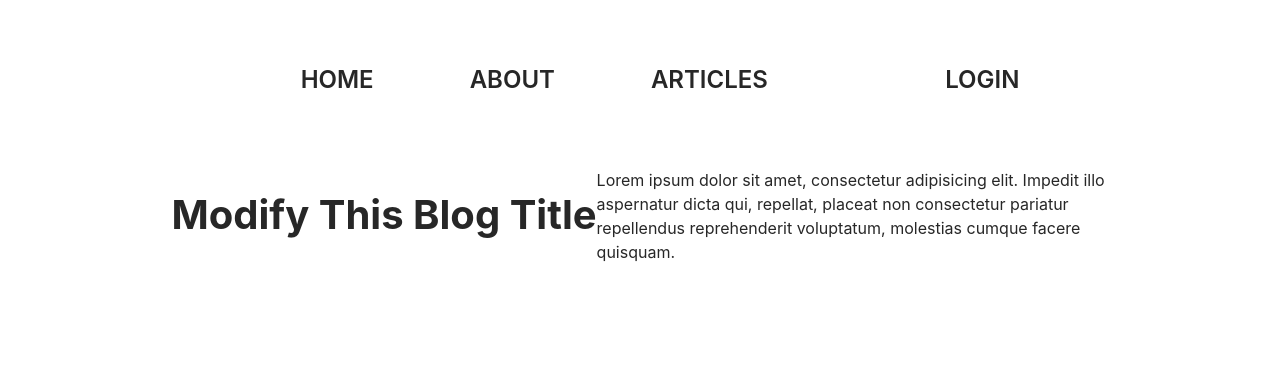
Repository: ValGrace/-static-site
Page: /home (app in client/)
An editor plug-in stored every save of this project. The page is shown before and after the next save, followed by the edit.
The browser window is 1280 px wide. The pictures show the whole page.
The project was rebuilt for these pictures with package versions that can differ from the ones it lists, and the page was loaded fresh each time. Also part of the build but not shown: client/vite.config.js, client/src/Utils/appwrite.js, client/src/Components/Inputs.css, client/src/Components/Login.jsx, client/src/Components/Signup.jsx.

Above is the page before, as saved 2023-02-05 11:33:00.

After the next save:
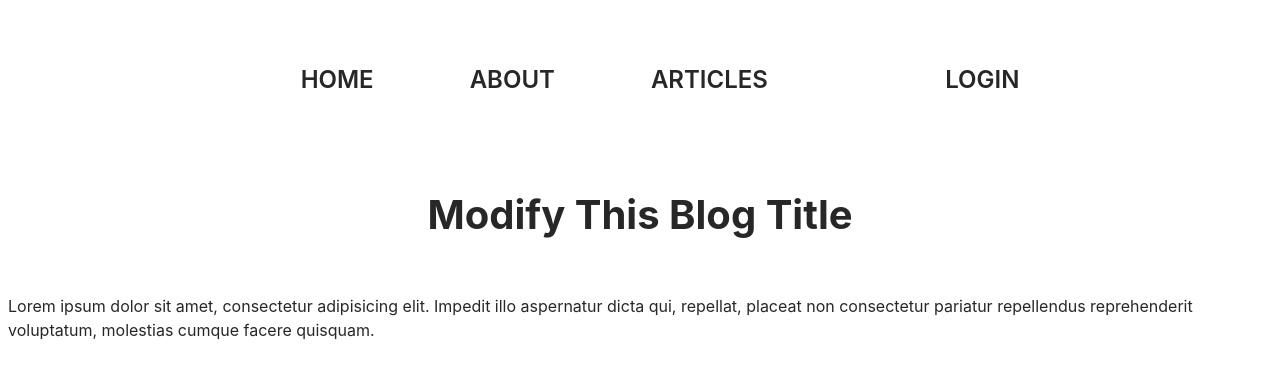
Saved 6 min 32 s later.
--- a/client/src/Components/Navbar.css
+++ b/client/src/Components/Navbar.css
@@ -27,8 +27,5 @@ nav > ul{
 #top-text > h2 {
     font-size: 2.5rem;
     text-transform: capitalize;
+    float: left;
 }
-
-#top-text > p {
-    width: 40vw;
-}
